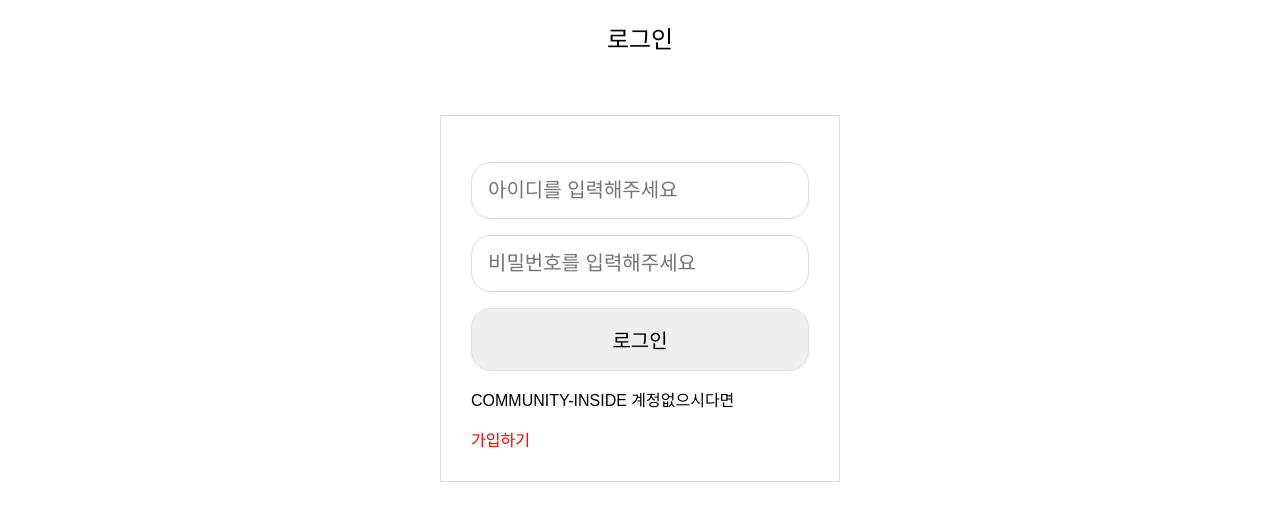
Repository: inhoo123/backup
Page: http://localhost/community-inside/login
The author's editor kept a copy of each file at every save. The page is drawn from the files as they stood at one save, then again after the next save.
The browser window is 1280 px wide. The pictures show the whole page.
Some web fonts or font styles are not loaded; a fallback is used. The page is served by Tomcat 10.

Above is the page before, as saved 2024-06-27 04:14:44.

After the next save:
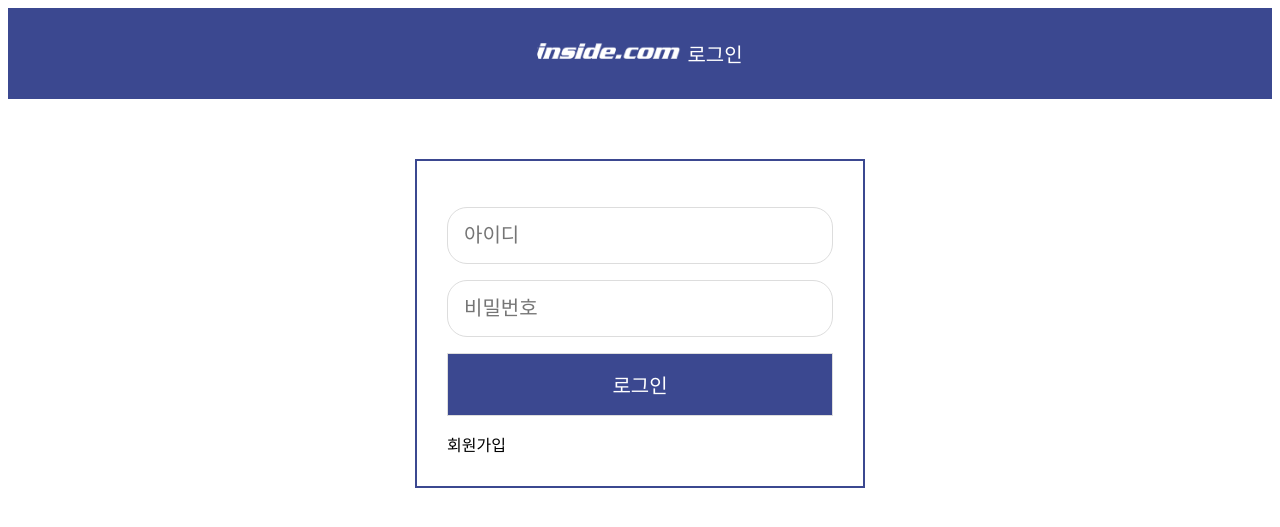
Saved 12 s later.
--- a/web-workspace/community-inside/src/main/webapp/WEB-INF/view/login.jsp
+++ b/web-workspace/community-inside/src/main/webapp/WEB-INF/view/login.jsp
@@ -1,6 +1,6 @@
 <%@ page language="java" contentType="text/html; charset=UTF-8"
-    pageEncoding="UTF-8"%>
-   <%@ page trimDirectiveWhitespaces="true"%>
+	pageEncoding="UTF-8"%>
+<%@ page trimDirectiveWhitespaces="true"%>
 <%@ taglib prefix="c" uri="http://java.sun.com/jsp/jstl/core"%>
 <!DOCTYPE html>
 <html>
@@ -11,29 +11,38 @@
 	href="${pageContext.servletContext.contextPath }/css/style.css?<%=System.currentTimeMillis() %>" />
 </head>
 <body>
-	<div style="width: 840px; margin: 0 auto;">
-	<div style="text-align: center">
-	<h2>로그인</h2>
+	<div>
+		<div class="gnb_bar2">
+			<div style="text-align: center;">
+				<div style="display: flex; align-items: center; justify-content: center;">
+					<a href="${pageContext.servletContext.contextPath }/index"> <img
+						src="${pageContext.servletContext.contextPath }/image/inside2.png"
+						style="border: 5px padding: 7px; width: 150px; border-radius: 32px;" />
+					</a>
+					<h2 style="color: white; font-weight: 550;"><small>로그인</small></h2>
+				</div>
+			</div>
+		</div>
 	</div>
-<div
-			style="width: 400px; margin: 60px auto; border: 1px solid #ddd; padding: 30px;">
-			<form
-				action="${pageContext.servletContext.contextPath }/login-handle" method="post">
-				<p>
-					<input type="text" class="login-input" placeholder="아이디를 입력해주세요" name="id"/>
-				</p>
-				<p>
-					<input type="password" class="login-input"
-						placeholder="비밀번호를 입력해주세요" name="password"/>
-				</p>
-				<p>
-					<button type="submit" class="login-input">로그인</button>
-				</p>
-			</form>
-		 <p>COMMUNITY-INSIDE 계정없으시다면</p>
-		 <a style="color: RED" href="${pageContext.servletContext.contextPath }/join">가입하기</a>
-		</div>
-		<a href="${pageContext.servletContext.contextPath }/index"></a>
+	<div style="width: 840px; margin: 0 auto;"></div>
+	<div
+		style="width: 450px; margin: 60px auto; border: 2px solid #3b4890; padding: 30px;">
+		<form action="${pageContext.servletContext.contextPath }/login-handle"
+			method="post">
+			<p>
+				<input type="text" class="login-input" placeholder="아이디"
+					name="id"/>
+			</p>
+			<p>
+				<input type="password" class="login-input"
+					placeholder="비밀번호" name="password"/>
+			</p>
+			<p>
+				<button type="submit" class="login-input2">로그인</button>
+			</p>
+		</form>
+		<a
+			href="${pageContext.servletContext.contextPath }/join">회원가입</a>
 	</div>
 </body>
 </html>
